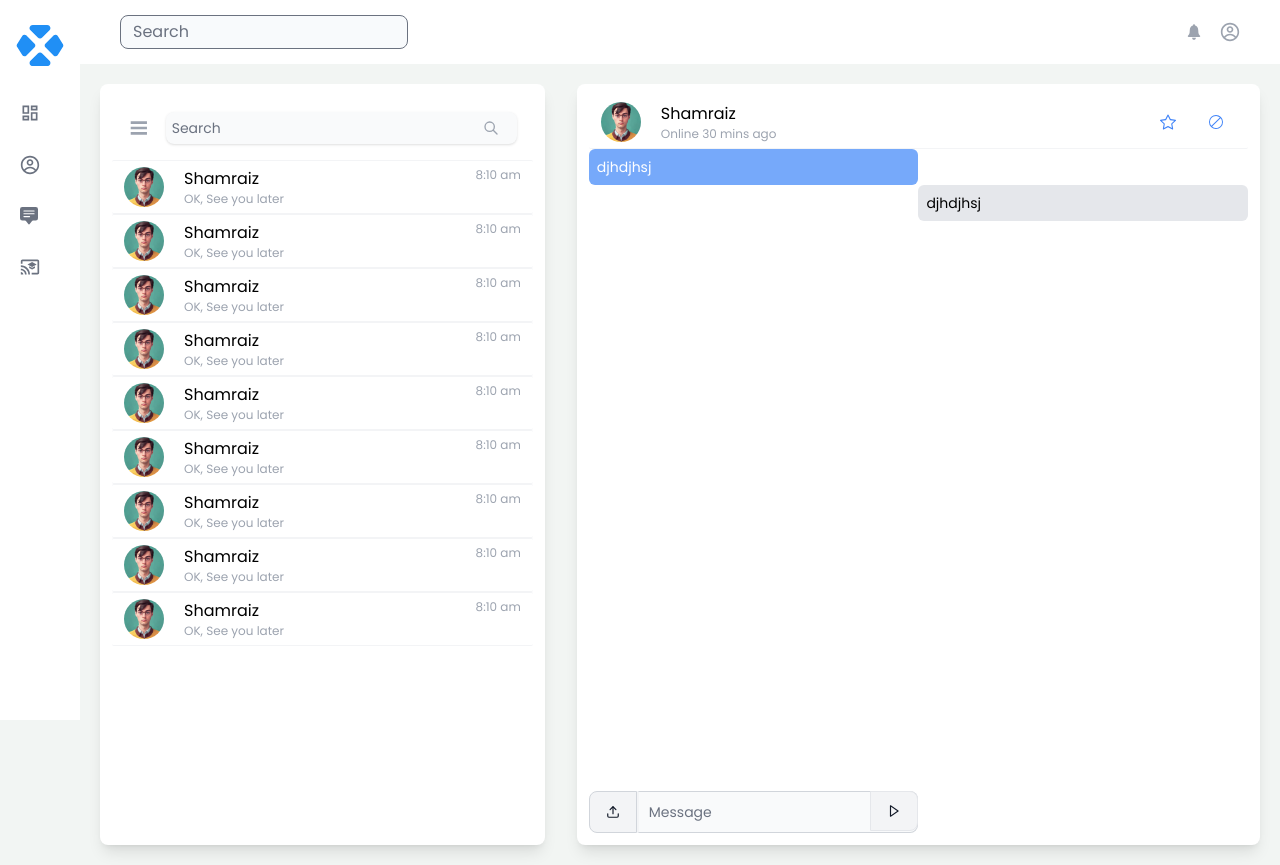
Repository: Shamraiz761/Frontend-Assessment
Page: /chat
These files come from the project's save history. The page is drawn as it stood at one moment and after the next save; the edit follows.
The browser window is 1280 px wide. The pictures show the whole page.
The project was rebuilt for these pictures with package versions that can differ from the ones it lists, and the page was loaded fresh each time. Also part of the build but not shown: vite.config.js, src/routes/root.jsx, src/pages/orders/index.jsx, src/pages/submission/index.jsx, src/pages/admin/index.css, src/components/admin/card.jsx, src/components/admin/addCard.jsx, src/pages/admin/index.jsx and 3 more. Imported but missing from the stored project, and not drawn on this page: src/pages/auth/login, src/pages/tasks, src/routes/profileLayout.

Above is the page before, as saved 2023-06-16 11:51:41.

### src/main.jsx
import ReactDOM from 'react-dom/client'

import React from 'react'

import App from './App.jsx'
import './index.css'

ReactDOM.createRoot(document.getElementById('root')).render(
  <React.StrictMode>
    <App />
  </React.StrictMode>,
)

### src/App.jsx
import React from 'react'
import { DndProvider } from 'react-dnd'
import { HTML5Backend } from 'react-dnd-html5-backend'
import 'flowbite'

import AppRoutes from './routes'

export default function App() {
  return (
    <DndProvider backend={HTML5Backend}>
      <AppRoutes />
    </DndProvider>
  )
}

### src/index.css
@import url("https://fonts.googleapis.com/css2?family=Poppins:wght@400;500;600;700;800;900&display=swap");

@tailwind base;
@tailwind components;
@tailwind utilities;

* {
  margin: 0;
  padding: 0;
}

body {
  margin: 0;
  font-family: "Poppins", -apple-system, BlinkMacSystemFont, "Segoe UI",
    "Roboto", "Oxygen", "Ubuntu", "Cantarell", "Fira Sans", "Droid Sans",
    "Helvetica Neue", sans-serif;
  -webkit-font-smoothing: antialiased;
  -moz-osx-font-smoothing: grayscale;
  width: 100vw;
  overflow-x: hidden;
  background-color: #f2f5f3;
  /* background: linear-gradient(180deg, #faefe8 0%, #edc7ac 100%); */
}

code {
  font-family: source-code-pro, Menlo, Monaco, Consolas, "Courier New",
    monospace;
}

.pointer-cursor {
  cursor: pointer;
}

.cusBorder {
  border: 1px solid #000;
  border-radius: 5px;
}

img {
  cursor: pointer;
}
.errors {
  color: #dc3545;
  padding: 0;
  margin: 0;
  font-size: 12px;
}
.loader {
  position: fixed;
  top: 0;
  bottom: 0;
  left: 0;
  right: 0;
  background-color: rgba(47, 151, 161, 0.32);

  display: flex;
  justify-content: center;
  align-items: center;
}

.link {
  color: #000;
  cursor: pointer;
  text-decoration: none;
}
.link:hover {
  color: #000;
}

.trans-btn {
  background-color: transparent;
  border: none;
}
.profile-logout-btn {
  border: 0;
}
.profile-logout-btn:hover {
  border: 0;
}
.profile-btn {
  border-radius: 0;
  border: 0;
}
.logout-btn {
  border-radius: 0;
  border: 0;
}
.logout-btn:hover {
  background-color: rgba(220, 53, 69, 0.5);
  border: 0;
  color: #fff;
}
.breadcrumbs ul {
  list-style: none;
  display: inline-block;
}

.breadcrumbs ul li {
  display: inline;
}

.breadcrumbs ul li .bc-link {
  /* display: block; */
  width: max-content;
  background-color: #f8f9fa;
  padding: 6px 15px 6px 25px;
  text-align: center;
  position: relative;
  margin: 0 10px 0 0;
  font-size: 15px;
  text-decoration: none;
  color: #000;
}
.breadcrumbs ul li .bc-link::after {
  content: "";
  border-top: 17px solid transparent;
  border-bottom: 17px solid transparent;
  border-left: 17px solid #f8f9fa;
  position: absolute;
  top: 0;
  right: -17px;
  z-index: 1;
}
.breadcrumbs ul li .bc-link::before {
  content: "";
  border-top: 17px solid transparent;
  border-bottom: 17px solid transparent;
  border-left: 17px solid #71cdd5;
  position: absolute;
  top: 0;
  left: 0;
}
.breadcrumbs ul li:first-child .bc-link {
  border-top-left-radius: 5px;
  border-bottom-left-radius: 5px;
}
.breadcrumbs ul li:first-child .bc-link::before {
  display: none;
}

.breadcrumbs ul li:last-child .bc-link {
  padding-right: 20px;
  border-top-right-radius: 5px;
  border-bottom-right-radius: 5px;
}
.breadcrumbs ul li:last-child .bc-link::after {
  display: none;
}

@media screen and (max-width: 500px) {
  .breadcrumbs ul li .bc-link {
    /* display: block; */
    padding: 2px 2px 2px 13px;
    /* margin: 0 10px 0 0; */
    font-size: 14px;
  }

  .breadcrumbs ul li .bc-link::after {
    content: "";
    border-top: 11.6px solid transparent;
    border-bottom: 11.6px solid transparent;
    border-left: 11.6px solid #f8f9fa;
    position: absolute;
    top: 0;
    right: -11.6px;
    z-index: 1;
  }
  .breadcrumbs ul li .bc-link::before {
    content: "";
    border-top: 11.6px solid transparent;
    border-bottom: 11.6px solid transparent;
    border-left: 11.6px solid #71cdd5;
    position: absolute;
    top: 0;
    left: 0;
  }
  .breadcrumbs ul li:last-child .bc-link {
    padding-right: 5px;
  }
}

@media screen and (max-width: 350px) {
  .breadcrumbs ul li .bc-link {
    /* display: block; */
    padding: 2px 2px 2px 12px;
    /* margin: 0 10px 0 0; */
    font-size: 10px;
  }

  .breadcrumbs ul li .bc-link::after {
    content: "";
    border-top: 9px solid transparent;
    border-bottom: 9px solid transparent;
    border-left: 9px solid #f8f9fa;
    position: absolute;
    top: 0;
    right: -9px;
    z-index: 1;
  }
  .breadcrumbs ul li .bc-link::before {
    content: "";
    border-top: 9px solid transparent;
    border-bottom: 9px solid transparent;
    border-left: 9px solid #edc7ac;
    position: absolute;
    top: 0;
    left: 0;
  }
  .breadcrumbs ul li:last-child .bc-link {
    padding-right: 5px;
  }
}

/* ********************************************** */

### src/routes/index.jsx
import {
  createBrowserRouter,
  createRoutesFromElements,
  RouterProvider,
  Route,
} from "react-router-dom";

import * as React from "react";

import Layout from "./layout";
import Root from "./root";

import Login from "../pages/auth/login";
import Chat from "../pages/chat";
import UserChat from "../components/chat/userChat";
import ProfileLayout from "./profileLayout";
import Tasks from "../pages/tasks";
import Orders from "../pages/orders";
import Submission from "../pages/submission";
import Admin from "../pages/admin";
import MarketPlace from "../pages/marketplace";
import View from "../pages/view";

export default function AppRoutes() {
  const router = createBrowserRouter(
    createRoutesFromElements(
      <Route>
        <Route path="/login" element={<Login />} />

        <Route element={<Layout />}>
          <Route path="/chat" element={<Chat />}>
            <Route path="userchat" element={<UserChat />} />
          </Route>
          <Route path="/marketplace" element={<MarketPlace />} />
          <Route path="/view" element={<View />} />

          <Route path={"/"} element={<ProfileLayout />}>
            {/* Add Task order payment submit route here */}
            <Route path="/admin" element={<Admin />} />
            <Route path="/" element={<Tasks />} />
            <Route path="/orders" element={<Orders />} />
            <Route path="/tasks" element={<Tasks />} />
            <Route path="/submission" element={<Submission />} />
          </Route>
        </Route>
      </Route>
    )
  );

  return <RouterProvider router={router} />;
}

### src/routes/layout.jsx
import { Link, Outlet, useNavigate } from "react-router-dom";
import { Gi3DGlasses } from "react-icons/gi";
import { CgProfile } from "react-icons/cg";
import { BsArrowLeft, BsFillChatSquareTextFill } from "react-icons/bs";
import { MdOutlineDashboard, MdOutlineCastForEducation } from "react-icons/md";
import "./index.css";

import React, { useState } from "react";
import Header from "../components/header/index";

export default function Layout() {
  const [open, setOpen] = useState(false);
  const [type, setType] = useState(false);
  const navigate = useNavigate();
  return (
    <div>
      <div
        className={`h-screen bg-white p-3 ${
          open ? "w-56" : "w-20"
        } fixed top-0 sidebar z-50`}
      >
        <div className="flex flex-row justify-center">
          <svg
            width="67"
            height="67"
            viewBox="0 0 67 67"
            fill="none"
            xmlns="http://www.w3.org/2000/svg"
            className={` text-4xl block float-left cursor-pointer rounded transition duration-500 ${
              !open && "rotate-[360deg]"
            }`}
            onClick={() => {
              setOpen(!open);
              setType(false);
            }}
          >
            <path
              d="M22.138 15.2984L30.8759 24.0363C32.3276 25.488 34.7005 25.488 36.1522 24.0363L44.8901 15.2984C47.2351 12.9534 45.588 8.90552 42.238 8.90552H24.7622C21.4401 8.90552 19.7651 12.9534 22.138 15.2984Z"
              fill="#208FF5"
            />
            <path
              d="M22.138 51.7017L30.8759 42.9637C32.3276 41.5121 34.7005 41.5121 36.1522 42.9637L44.8901 51.7017C47.2351 54.0467 45.588 58.0946 42.238 58.0946H24.7622C21.4401 58.0946 19.7651 54.0467 22.138 51.7017Z"
              fill="#208FF5"
            />
            <path
              d="M6.03002 31.9088L12.423 21.8588C13.428 20.2676 15.6614 20.0163 17.0014 21.3563L27.0514 31.4063C28.1959 32.5509 28.1959 34.4213 27.0514 35.5659L17.0014 45.6159C15.6614 46.9559 13.456 46.7047 12.423 45.1134L6.03002 35.0634C5.44377 34.1142 5.44377 32.8859 6.03002 31.9088Z"
              fill="#208FF5"
            />
            <path
              d="M60.9701 31.9088L54.5771 21.8588C53.5721 20.2676 51.3387 20.0163 49.9987 21.3563L39.9488 31.4063C38.8042 32.5509 38.8042 34.4213 39.9488 35.5659L49.9987 45.6159C51.3387 46.9559 53.5442 46.7047 54.5771 45.1134L60.9701 35.0634C61.5563 34.1142 61.5563 32.8859 60.9701 31.9088Z"
              fill="#208FF5"
            />
          </svg>
        </div>

        {/* Search */}

        <ul className="pt-2">
          {/* Dashboard */}
          <Link
            to="/marketplace"
            className={` rounded-md text-gray-500  text-xs flex items-center gap-x-4 cursor-pointer hover:bg-gray-50 hover:text-blue-500 py-4 p-2`}
          >
            <span className="text-xl block float-left">
              <MdOutlineDashboard />
            </span>
            <span
              className={` text-sm font-md flex-1 hidden-link ${
                !open && "hidden"
              }`}
            >
              Marketplace
            </span>
          </Link>

          <Link
            className={` rounded-md text-gray-500  text-xs flex items-center gap-x-4 cursor-pointer hover:bg-gray-50 hover:text-blue-500 py-4 p-2`}
            to="/"
          >
            <span className="text-xl block float-left">
              <CgProfile />
            </span>
            <span
              className={` text-xs font-md flex-1 hidden-link ${
                !open && "hidden"
              }`}
            >
              Profile
            </span>
          </Link>

          {/* Lens */}
          <Link
            className={` rounded-md text-gray-500  text-xs flex items-center gap-x-4 cursor-pointer hover:bg-gray-50 hover:text-blue-500 py-4 p-2`}
            to="/chat"
          >
            <span className="text-lg block float-left">
              <BsFillChatSquareTextFill />
            </span>
            <span
              className={` text-xs font-md flex-1  hidden-link ${
                !open && "hidden"
              }`}
            >
              Chat
            </span>
          </Link>

          {/* Orders */}
          <Link
            className={` rounded-md text-gray-500  text-xs flex items-center gap-x-4 cursor-pointer hover:bg-gray-50 hover:text-blue-500 py-4 p-2`}
            to="/education"
          >
            <span className="text-xl block float-left">
              <MdOutlineCastForEducation />
            </span>
            <span
              className={` text-xs font-md flex-1  hidden-link ${
                !open && "hidden"
              }`}
            >
              Education
            </span>
          </Link>
        </ul>
      </div>
      <div className={`${open ? "ml-56" : "ml-20"}`}>
        <Header />
        <Outlet />
      </div>
    </div>
  );
}

### src/pages/chat/index.jsx
import { VscThreeBars } from "react-icons/vsc";

import React from "react";

import UserChat from "../../components/chat/userChat";
import ChatsCard from "../../components/chat/chatsCard";

function Chat() {
  return (
    <div className="m-5 grid grid-cols-1 md:grid-cols-5  gap-8 flex-wrap">
      <div className="col-span-1 md:col-span-2 p-3 bg-white rounded-lg shadow-lg min-h-screen">
        <form className="m-4">
          <div className="flex items-center">
            <VscThreeBars className=" mr-4   rounded-lg text-gray-400 cursor-pointer text-2xl" />
            <div className="relative w-full  ">
              <input
                type="search"
                id='location-search"'
                className=" p-1.5 w-full focus:ring-gray-300  z-20 text-sm text-gray-200 bg-gray-50 shadow rounded-lg"
                placeholder="Search"
                required
                style={{ border: "none", outline: "none" }}
              />

              <button
                type="submit"
                className="absolute top-0 right-0 p-1.5 text-sm font-medium text-gray-400  rounded-r-lg   "
              >
                <svg
                  aria-hidden="true"
                  className="w-4 h-4 mr-3 mt-0.5"
                  fill="none"
                  stroke="currentColor"
                  viewBox="0 0 24 24"
                  xmlns="http://www.w3.org/2000/svg"
                >
                  <path
                    strokeLinecap="round"
                    strokeLinejoin="round"
                    strokeWidth={2}
                    d="M21 21l-6-6m2-5a7 7 0 11-14 0 7 7 0 0114 0z"
                  />
                </svg>
                <span className="sr-only">Search</span>
              </button>
            </div>
          </div>
        </form>
        <ChatsCard />
        <ChatsCard />
        <ChatsCard />
        <ChatsCard />
        <ChatsCard />
        <ChatsCard />
        <ChatsCard />
        <ChatsCard />
        <ChatsCard />
      </div>

      <UserChat />
    </div>
  );
}

export default Chat;

### src/components/chat/userChat.jsx
import { VscCircleSlash } from "react-icons/vsc";
import { BsStar } from "react-icons/bs";
import { FiUpload } from "react-icons/fi";
import { BiRightArrow } from "react-icons/bi";

import React from "react";

import Profile from "../../assets/images/profilePic.jpg";

function UserChat() {
  return (
    <div className="col-span-1 md:col-span-3 p-3  bg-white rounded-lg shadow-lg overflow-y">
      {" "}
      <div className="flex flex-row  px-3 py-1.5  border-b border-gray-100 rounded-sm ">
        <img src={Profile} className="h-10 w-10 rounded-full" />
        <div className="ml-5 flex flex-row justify-between w-full ">
          <div>
            {" "}
            <h1>Shamraiz</h1>{" "}
            <p className="text-xs font-thin text-gray-400">
              Online 30 mins ago
            </p>
          </div>
          <div className="flex flex-row items-center">
            <BsStar className="text-blue-500 mr-8" />
            <VscCircleSlash className="text-blue-500 mr-3" />
          </div>
        </div>
      </div>
      <div className="chats ">
        <p className="text-sm bg-blue-400 rounded-md p-2 text-white flex flex-col  justify-end w-1/2">
          djhdjhsj
        </p>

        <p className="text-sm bg-gray-200 rounded-md p-2  flex flex-col float-right justify-end w-1/2">
          djhdjhsj
        </p>
      </div>
      <div className="flex flex-col  justify-end " style={{ height: "90vh" }}>
        <form className="w-full ">
          <div className="flex">
            <button
              id="dropdown-button"
              data-dropdown-toggle="dropdown"
              className="flex-shrink-0 z-10 inline-flex items-center py-2.5 px-4 text-sm font-medium text-center text-gray-900 bg-gray-100 border border-gray-300 dark:border-gray-700 dark:text-white rounded-l-lg hover:bg-gray-200  focus:outline-none "
              type="button"
            >
              <FiUpload />
            </button>
            <div
              id="dropdown"
              className="z-10 hidden bg-white divide-y divide-gray-100 rounded-lg shadow w-44 dark:bg-gray-700"
            >
              <ul
                className="py-2 text-sm text-gray-700 dark:text-gray-200"
                aria-labelledby="dropdown-button"
              >
                <li>
                  <a
                    href="#"
                    className="block px-4 py-2 hover:bg-gray-100 dark:hover:bg-gray-600 dark:hover:text-white"
                  >
                    Photo
                  </a>
                </li>
                <li>
                  <a
                    href="#"
                    className="block px-4 py-2 hover:bg-gray-100 dark:hover:bg-gray-600 dark:hover:text-white"
                  >
                    Vedio
                  </a>
                </li>
                <li>
                  <a
                    href="#"
                    className="block px-4 py-2 hover:bg-gray-100 dark:hover:bg-gray-600 dark:hover:text-white"
                  >
                    Document
                  </a>
                </li>
                <li>
                  <a
                    href="#"
                    className="block px-4 py-2 hover:bg-gray-100 dark:hover:bg-gray-600 dark:hover:text-white"
                  >
                    Finance
                  </a>
                </li>
              </ul>
            </div>
            <div className="relative w-full">
              <input
                type="search"
                id="search-dropdown"
                className="block p-2.5 w-full z-20 text-sm text-gray-900 bg-gray-50 rounded-r-lg border-l-gray-100 border-l-2 border border-gray-300 focus:ring-blue-500 focus:border-blue-500 dark:bg-gray-700 dark:border-gray-600 dark:placeholder-gray-400 dark:text-white dark:focus:border-blue-500"
                placeholder="Message"
              />
              <button
                type="submit"
                className="absolute top-0 right-0 z-10 py-3 px-4 text-sm font-medium text-gray-900 bg-gray-100 rounded-r-lg border "
              >
                <BiRightArrow />
              </button>
            </div>
          </div>
        </form>
      </div>
    </div>
  );
}

export default UserChat;

### src/routes/index.css
.sidebar {
    transition: all 0.2s ease-in;
}
.hidden-link {
    transition: all 1s ease-in;
}

### src/components/header/index.jsx
import { IoIosNotifications } from "react-icons/io";

import React from "react";
import { CgProfile } from "react-icons/cg";

function Header() {
  return (
    <div>
      {/* component */}
      <nav className=" bg-white w-full flex relative justify-between items-center mx-auto px-8 py-4 h-16">
        {/* search bar */}
        <div className="hidden sm:block flex-shrink flex-grow-0 justify-start px-2">
          <div className="inline-block">
            <div className="inline-flex items-center max-w-full">
              <input
                className="flex items-center text-gray-400 bg-slate-50 justify-between  flex-grow-0  relative w-72 border rounded-lg  py-1"
                type="search"
                placeholder="Search"
              />

              <div className="flex items-center justify-center relative  h-8 w-24 rounded-full"></div>
            </div>
          </div>
        </div>

        <div className="flex-initial">
          <div className="flex justify-end items-center relative">
            <div className="block">
              <div className="inline relative sm:flex sm:flex-row sm:justify-center">
                <button
                  type="button"
                  className="inline-flex items-center relative px-2  rounded-full hover:shadow-lg"
                >
                  <IoIosNotifications className="text-gray-400 text-xl" />
                </button>
                <button
                  type="button"
                  className="inline-flex items-center relative px-2  rounded-full hover:shadow-lg"
                >
                  <CgProfile className="text-gray-400 text-xl" />
                </button>
              </div>
            </div>
          </div>
        </div>
        {/* end login */}
      </nav>
    </div>
  );
}

export default Header;

### src/components/chat/chatsCard.jsx
import React from "react";

import Profile from "../../assets/images/profilePic.jpg";

function ChatsCard() {
  return (
    <div className="flex flex-row px-3 py-1.5  border-y border-gray-100 rounded-sm hover:bg-blue-200">
      <img src={Profile} className="h-10 w-10 rounded-full" />
      <div className="ml-5 flex flex-row justify-between w-full ">
        <div>
          {" "}
          <h1>Shamraiz</h1>{" "}
          <p className="text-xs font-thin text-gray-400">OK, See you later</p>
        </div>
        <p className="text-xs font-thin text-gray-400">8:10 am</p>
      </div>
    </div>
  );
}

export default ChatsCard;

### tailwind.config.cjs
const colors = require('tailwindcss/colors');
const defaultTheme = require('tailwindcss/defaultTheme');

module.exports = {
  content: ['./src/**/*.{js,jsx,ts,tsx}', "node_modules/flowbite/**/*.js"],
  theme: {
    extend: {
      colors: {
        // set primary color from figma
        // primary: {
        // },
      },
      fontFamily: {
        poppins: ['Poppins', ...defaultTheme.fontFamily.sans],
      },
      fontSize: {
        xxs: '0.5rem',
      },
    },
  },
  plugins: [
    require('flowbite/plugin')
  ],

};

Loaded but not shown: index.html (common file)

After the next save:
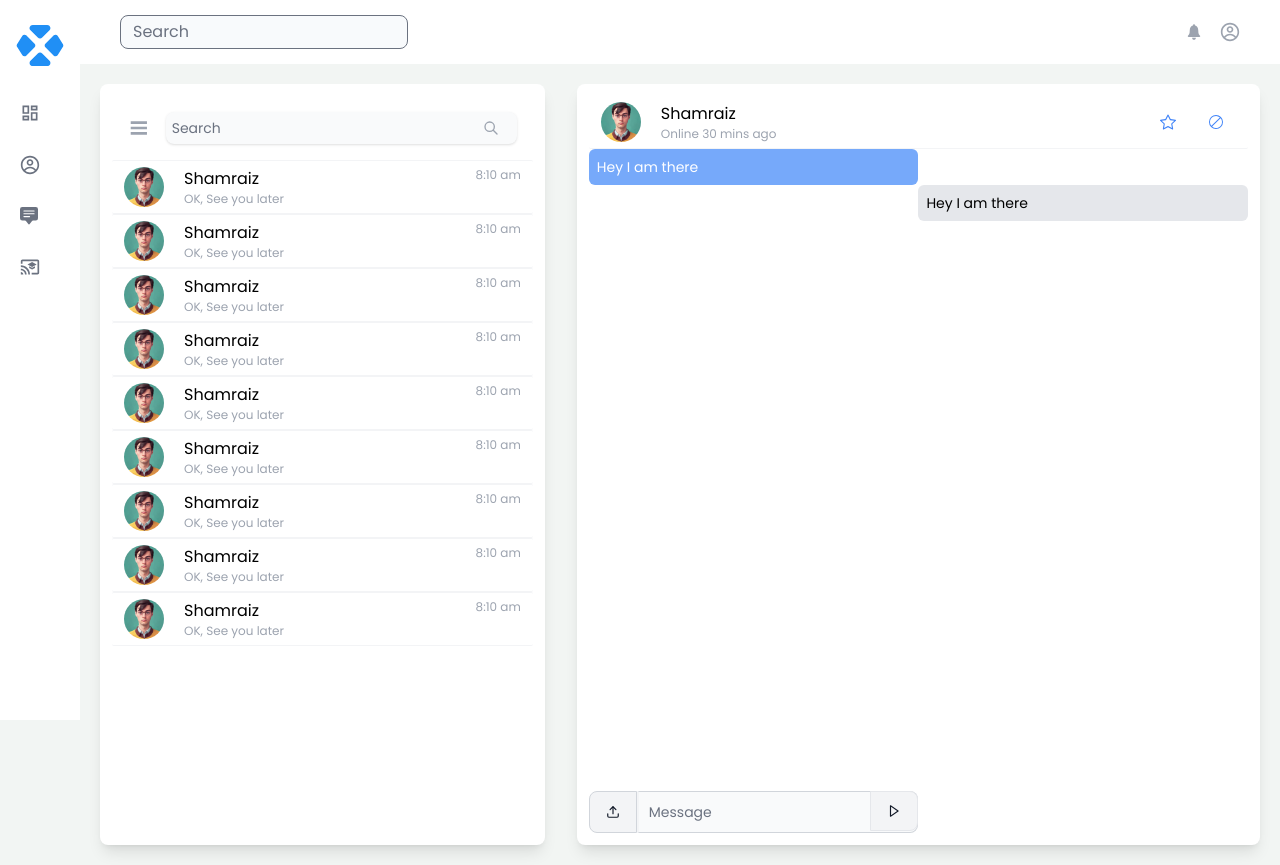
Saved 44 s later.
--- a/src/components/chat/userChat.jsx
+++ b/src/components/chat/userChat.jsx
@@ -29,11 +29,11 @@ function UserChat() {
       </div>
       <div className="chats ">
         <p className="text-sm bg-blue-400 rounded-md p-2 text-white flex flex-col  justify-end w-1/2">
-          djhdjhsj
+          Hey I am there
         </p>
 
         <p className="text-sm bg-gray-200 rounded-md p-2  flex flex-col float-right justify-end w-1/2">
-          djhdjhsj
+          Hey I am there
         </p>
       </div>
       <div className="flex flex-col  justify-end " style={{ height: "90vh" }}>
